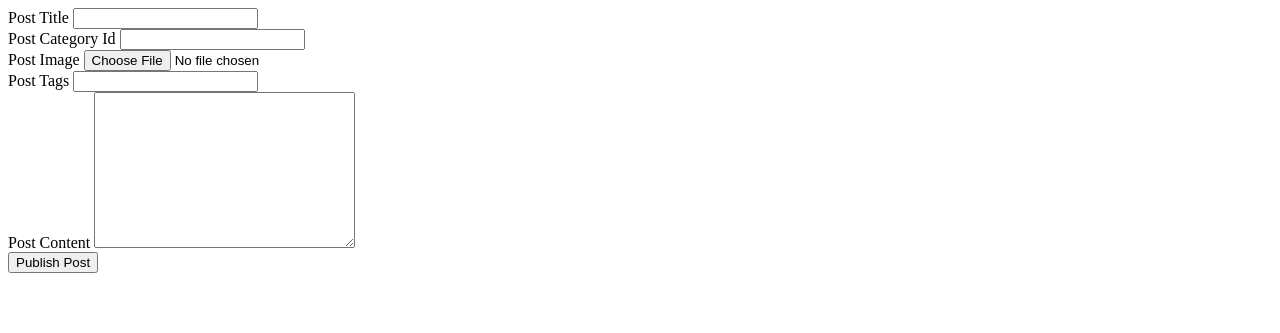
Repository: AimeeGao/CMS
Page: http://localhost/admin/includes/add_post.php
These files come from the project's save history. The page is drawn as it stood at one moment and after the next save; the edit follows.
The browser window is 1280 px wide. The pictures show the whole page.
The page is run by PHP 8.4 with error messages shown; the project is at /var/www/html/.

Above is the page before, as saved 2017-07-24 11:28:10.

### cms/admin/includes/add_post.php
<?php


?>



<form action="" method="post" enctype="multipart/form-data">
	<div class="form-group">
		<label for="title">Post Title</label>
		<input type="text" class="form-control" name="title"/>
	</div>
	<div class="form-group">
		<label for="post_category">Post Category Id</label>
		<input type="text" class="form-control" name="post_category_id"/>
	</div>
	<div class="form-group">
		<label for="post_image">Post Image</label>
		<input type="file" name="image"/>
	</div>
	<div class="form-group">
		<label for="post_tags">Post Tags</label>
		<input type="text" class="form-control" name="post_tags"/>
	</div>
	<div class="form-group">
		<label for="post_content">Post Content</label>
		<textarea class="form-control" name="post_content" id="" cols="30" rows="10"></textarea>
	</div>
	<div class="form-group">
		<input class="btn btn-primary" type="submit" name="create_post" value="Publish Post"/>
	</div>


</form>

After the next save:
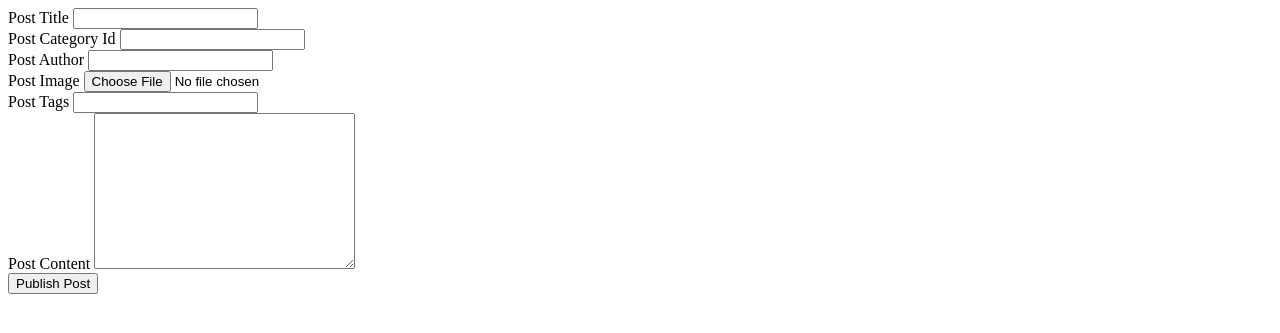
Saved 4 min 10 s later.
--- a/cms/admin/includes/add_post.php
+++ b/cms/admin/includes/add_post.php
@@ -13,6 +13,10 @@
 	<div class="form-group">
 		<label for="post_category">Post Category Id</label>
 		<input type="text" class="form-control" name="post_category_id"/>
+	</div>
+	<div>
+		<label for="title">Post Author</label>
+		<input type="text" class="form-control" name="author"/>
 	</div>
 	<div class="form-group">
 		<label for="post_image">Post Image</label>
